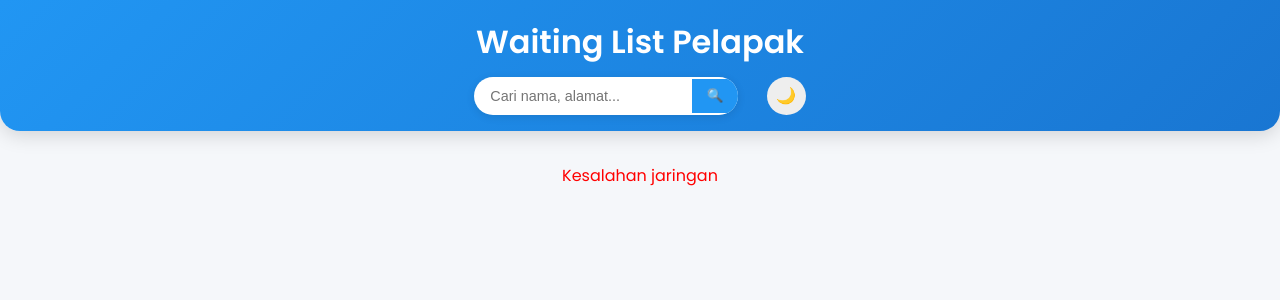
Repository: pasarrakyatbak/WaitingListforPanitia
Page: index.html
An editor plug-in stored every save of this project. The page is shown before and after the next save, followed by the edit.
The browser window is 1280 px wide. The pictures show the whole page.
The page's requests for data from a server got no answer.

Above is the page before, as saved 2025-09-25 16:36:35.

After the next save:
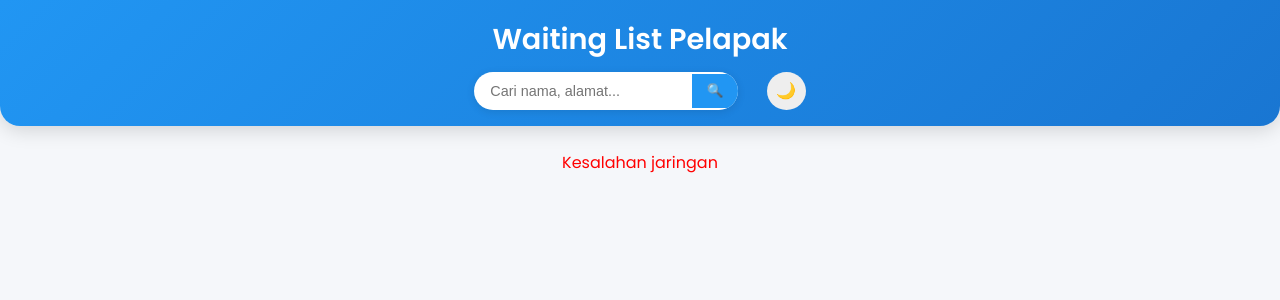
Saved 23 s later.
--- a/style.css
+++ b/style.css
@@ -403,89 +403,3 @@ body.dark .card.done .status {
     background: #66bb6a;
     color: #fff;
 }
-
-/* 📱 Responsif */
-
-/* Mobile kecil */
-@media (max-width: 480px) {
-    .app-bar h1 {
-        font-size: 1.4rem;
-    }
-
-    .header-actions {
-        flex-direction: column;
-        gap: 0.5rem;
-    }
-
-    .search-container {
-        padding: 0.4rem 0.8rem;
-    }
-
-    .search-container input {
-        font-size: 0.85rem;
-    }
-
-    .card {
-        padding: 1rem;
-    }
-
-    .card .title {
-        font-size: 1.2rem;
-    }
-
-    .card .subtitle {
-        font-size: 0.85rem;
-    }
-
-    .btn {
-        font-size: 0.8rem;
-        padding: 0.5rem;
-    }
-
-    .modal-content {
-        padding: 1.2rem;
-    }
-}
-
-/* Tablet */
-@media (max-width: 768px) {
-    .app-bar h1 {
-        font-size: 1.6rem;
-    }
-
-    .grid {
-        grid-template-columns: repeat(auto-fit, minmax(200px, 1fr));
-        gap: 1rem;
-        padding: 1rem;
-    }
-
-    .card {
-        padding: 1.2rem;
-    }
-
-    .pagination {
-        gap: 0.3rem;
-    }
-
-    .pagination button {
-        padding: 0.4rem 0.8rem;
-        font-size: 0.85rem;
-    }
-}
-
-/* Laptop / Desktop */
-@media (min-width: 1024px) {
-    .app-bar h1 {
-        font-size: 2rem;
-    }
-
-    .grid {
-        grid-template-columns: repeat(auto-fit, minmax(280px, 1fr));
-        gap: 2rem;
-        padding: 2rem;
-    }
-
-    .card {
-        padding: 1.8rem;
-    }
-}
